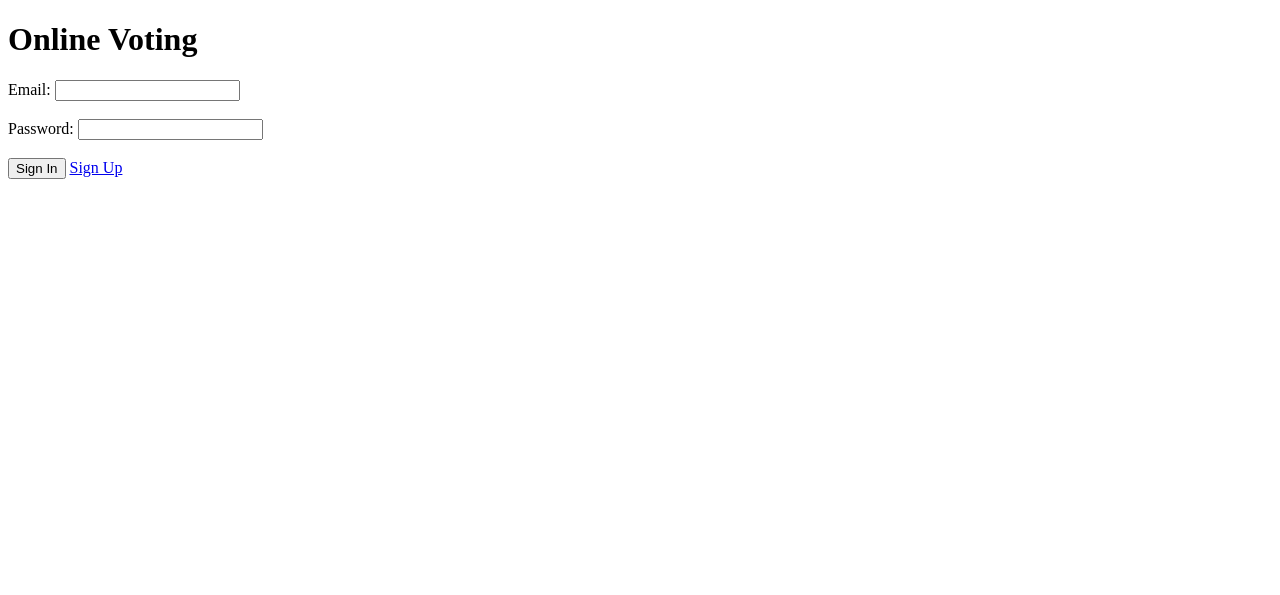
Repository: bhageshchincholi/AdvanceJava
Page: Election/Election/webcontent/index.html
An editor plug-in stored every save of this project. The page is shown before and after the next save, followed by the edit.
The browser window is 1280 px wide. The pictures show the whole page.

Above is the page before, as saved 2024-06-09 12:46:08.

### Election/Election/webcontent/index.html
<!DOCTYPE html>
<html>
<head>
<meta charset="ISO-8859-1">
<title>Login</title>
</head>
<body>
	<h1>Online Voting</h1>
	<form method= "post" action="login">
		Email: <input type="text" name="email" /><br/><br/>
		Password: <input type="password"  name = "passwd"/><br/> <br/>
		<input type="submit" value="Sign In"/>
		<a href="SignUp.html">Sign Up</a>
	</form>
</body>
</html>

After the next save:
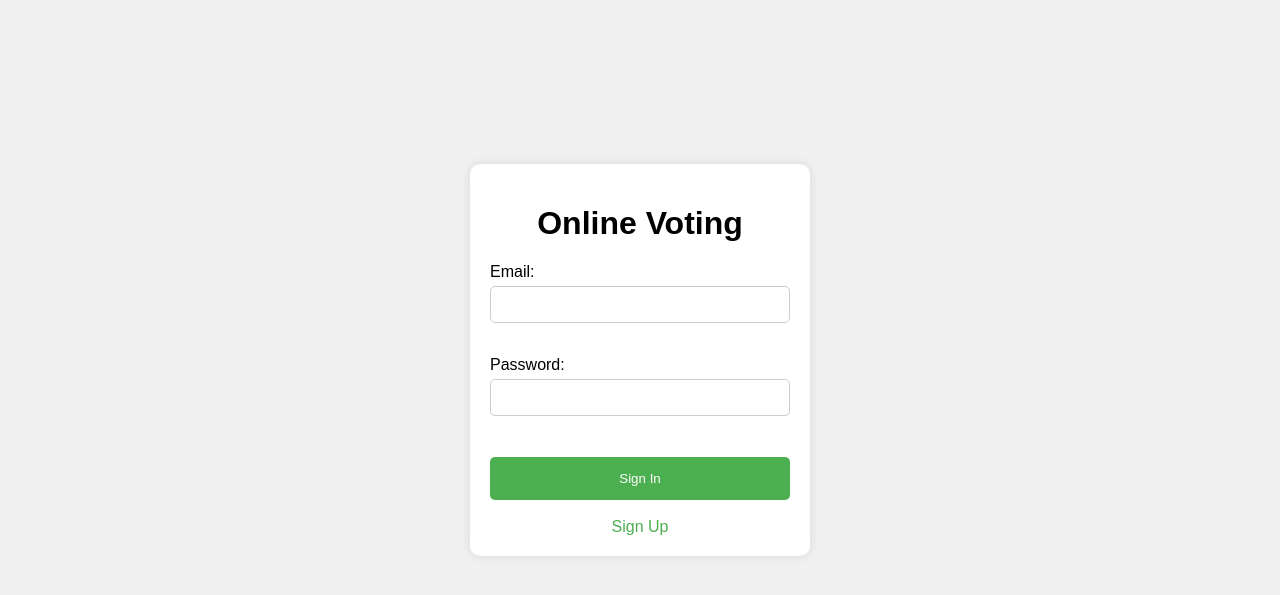
Saved 4 min 23 s later.
--- a/Election/Election/webcontent/index.html
+++ b/Election/Election/webcontent/index.html
@@ -4,13 +4,13 @@
 <meta charset="ISO-8859-1">
 <title>Login</title>
 </head>
-<body>
-	<h1>Online Voting</h1>
-	<form method= "post" action="login">
-		Email: <input type="text" name="email" /><br/><br/>
-		Password: <input type="password"  name = "passwd"/><br/> <br/>
-		<input type="submit" value="Sign In"/>
-		<a href="SignUp.html">Sign Up</a>
-	</form>
+<body style="margin: 0; display: flex; justify-content: center; align-items: center; height: 100vh; background-color: #f0f0f0; font-family: Arial, sans-serif;">
+    <form method="post" action="login" style="background-color: #ffffff; padding: 20px; border-radius: 10px; box-shadow: 0 0 10px rgba(0, 0, 0, 0.1); max-width: 300px; width: 100%;">
+        <h1 style="text-align: center;">Online Voting</h1>
+        Email: <input type="text" name="email" style="width: 100%; padding: 10px; margin: 5px 0 15px 0; display: inline-block; border: 1px solid #ccc; border-radius: 5px; box-sizing: border-box;" /><br/><br/>
+        Password: <input type="password" name="passwd" style="width: 100%; padding: 10px; margin: 5px 0 15px 0; display: inline-block; border: 1px solid #ccc; border-radius: 5px; box-sizing: border-box;" /><br/><br/>
+        <input type="submit" value="Sign In" style="width: 100%; background-color: #4CAF50; color: white; padding: 14px 20px; margin: 8px 0; border: none; border-radius: 5px; cursor: pointer;" />
+        <a href="SignUp.html" style="display: block; text-align: center; margin-top: 10px; color: #4CAF50; text-decoration: none;">Sign Up</a>
+    </form>
 </body>
 </html>
